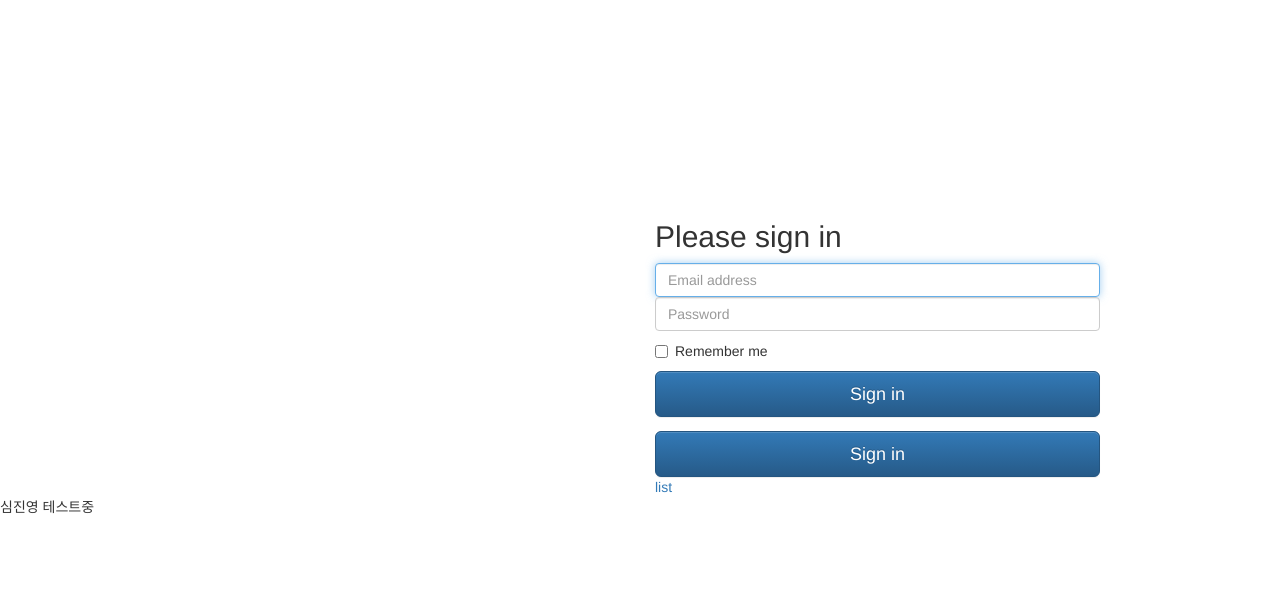
Repository: hrhwbp/Acorn-Final-Project
Page: http://localhost/final_project/index.jsp
These files come from the project's save history. The page is drawn as it stood at one moment and after the next save; the edit follows.
The browser window is 1280 px wide. The pictures show the whole page.
Some web libraries are served in a nearby version. The page is served by Tomcat 9. Nobody is signed in. The application's start-up code is not run. Other server files are loaded and not shown.

Above is the page before, as saved 2016-10-25 09:30:36.

### final_project/src/main/webapp/index.jsp
<%@ page language="java" contentType="text/html; charset=UTF-8"
	pageEncoding="UTF-8"%>
<!DOCTYPE html">
<html>
<head>
<meta http-equiv="Content-Type" content="text/html; charset=UTF-8">
<title>Insert title here</title>
<!-- 합쳐지고 최소화된 최신 CSS -->
<link rel="stylesheet"
	href="https://maxcdn.bootstrapcdn.com/bootstrap/3.3.2/css/bootstrap.min.css">
<!-- 부가적인 테마 -->
<link rel="stylesheet"
	href="https://maxcdn.bootstrapcdn.com/bootstrap/3.3.2/css/bootstrap-theme.min.css">
<!-- 합쳐지고 최소화된 최신 자바스크립트 -->
<script
	src="https://ajax.googleapis.com/ajax/libs/jquery/3.1.1/jquery.min.js"></script>
<script
	src="https://maxcdn.bootstrapcdn.com/bootstrap/3.3.2/js/bootstrap.min.js"></script>
</head>
<body>
<div class="container" style="padding-top: 200px">
	<div class="container col-md-5 col-md-offset-1">

	</div>
	<div class="container col-md-5">
		<form class="form-signin">
			<h2 class="form-signin-heading">Please sign in</h2>
			<label for="inputEmail" class="sr-only">Email address</label> <input
				type="email" id="inputEmail" class="form-control"
				placeholder="Email address" required autofocus> <label
				for="inputPassword" class="sr-only">Password</label> <input
				type="password" id="inputPassword" class="form-control"
				placeholder="Password" required>
			<div class="checkbox">
				<label> <input type="checkbox" value="remember-me">
					Remember me
				</label>
			</div>
			<button class="btn btn-lg btn-primary btn-block" type="submit">Sign
				in</button>
		</form>
		<button class="btn btn-lg btn-primary btn-block" type="button">Sign
				in</button>
		<a href="list">list</a>
	</div>
</div>
<div>심진영 테스트중</div>
</body>
</html>

After the next save:
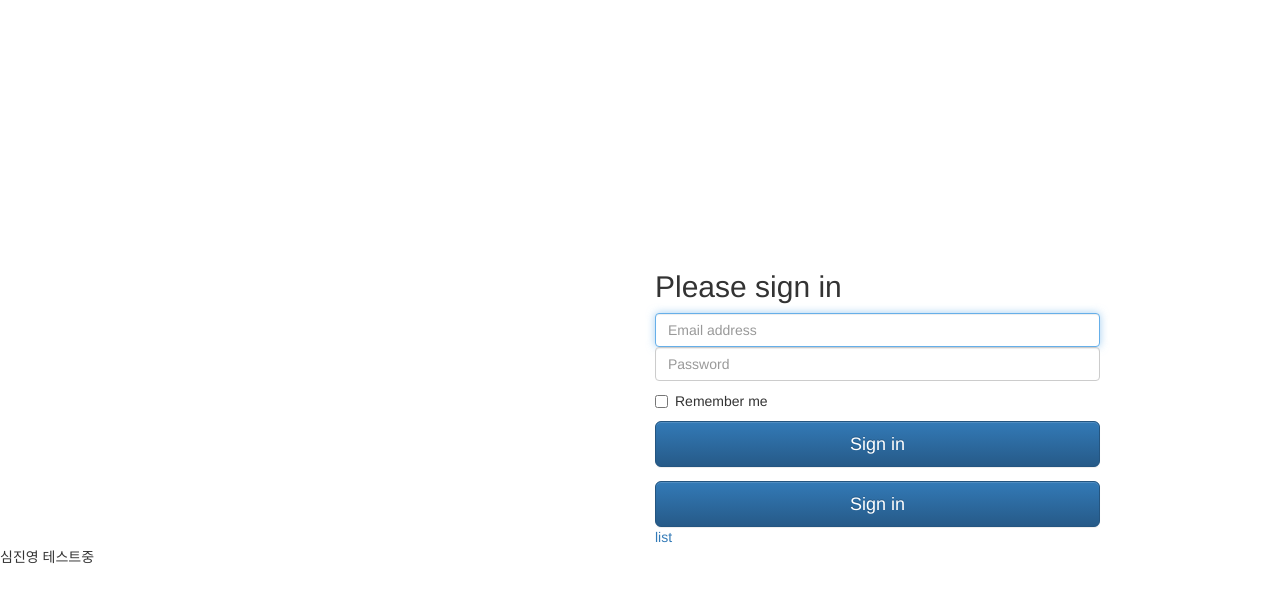
Saved 17 h 55 min later.
--- a/final_project/src/main/webapp/index.jsp
+++ b/final_project/src/main/webapp/index.jsp
@@ -18,7 +18,7 @@
 	src="https://maxcdn.bootstrapcdn.com/bootstrap/3.3.2/js/bootstrap.min.js"></script>
 </head>
 <body>
-<div class="container" style="padding-top: 200px">
+<div class="container" style="padding-top: 250px">
 	<div class="container col-md-5 col-md-offset-1">
 
 	</div>
